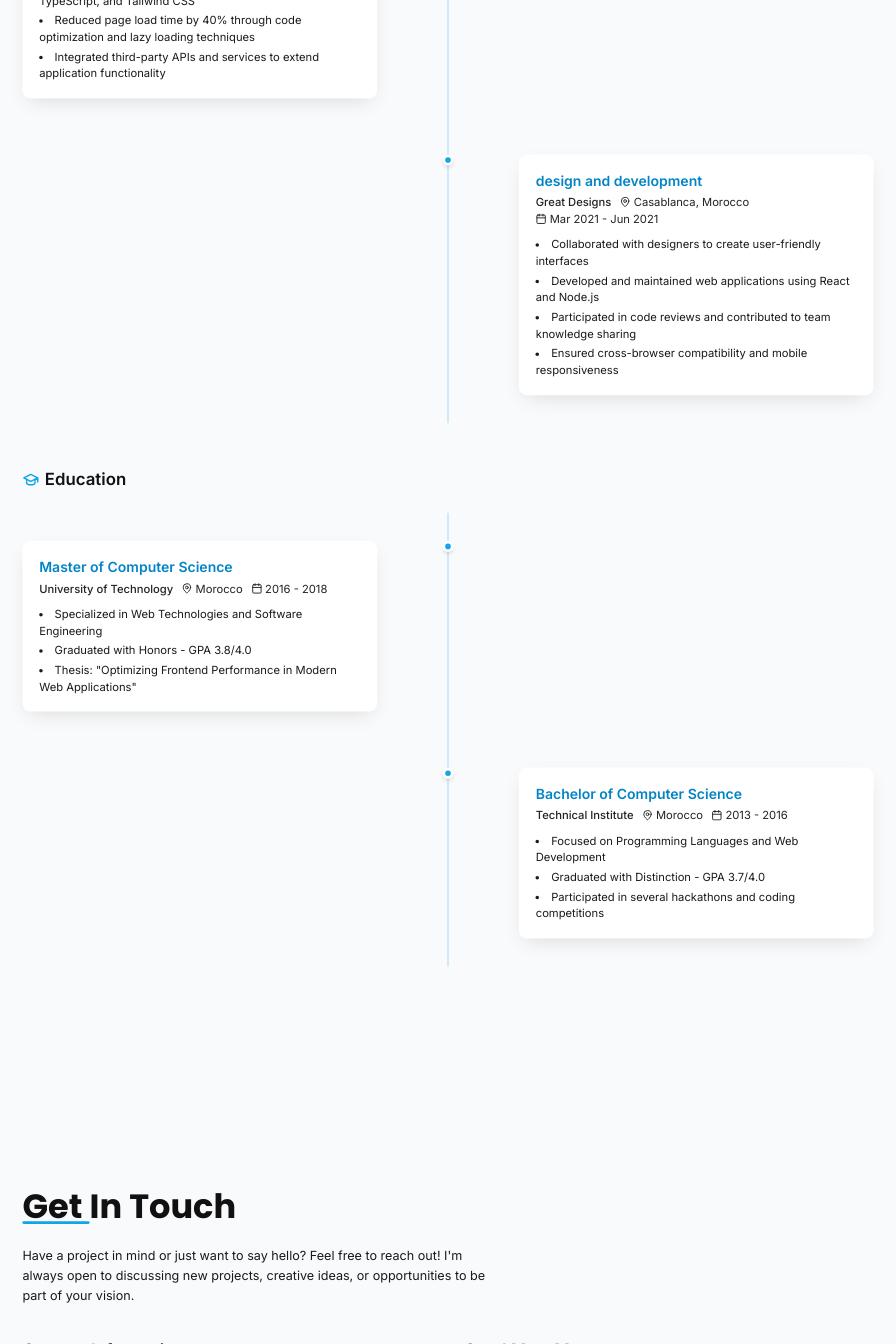
Repository: Abdelilah-Lakrim/Personal_Portfolio
Page: /
The author's editor kept a copy of each file at every save. The page is drawn from the files as they stood at one save, then again after a run of saves.
The browser window is 1280 px wide. The pictures show the part of the page from y = 4431 to 6351 px (the page is 7505 px tall before and 7929 px after), at 70% of full size.
The project was rebuilt for these pictures with package versions that can differ from the ones it lists, and the page was loaded fresh each time. Also part of the build but not shown: vite.config.ts.

Above is the page before, as saved 2025-05-21 12:45:15.

After the next 3 saves:
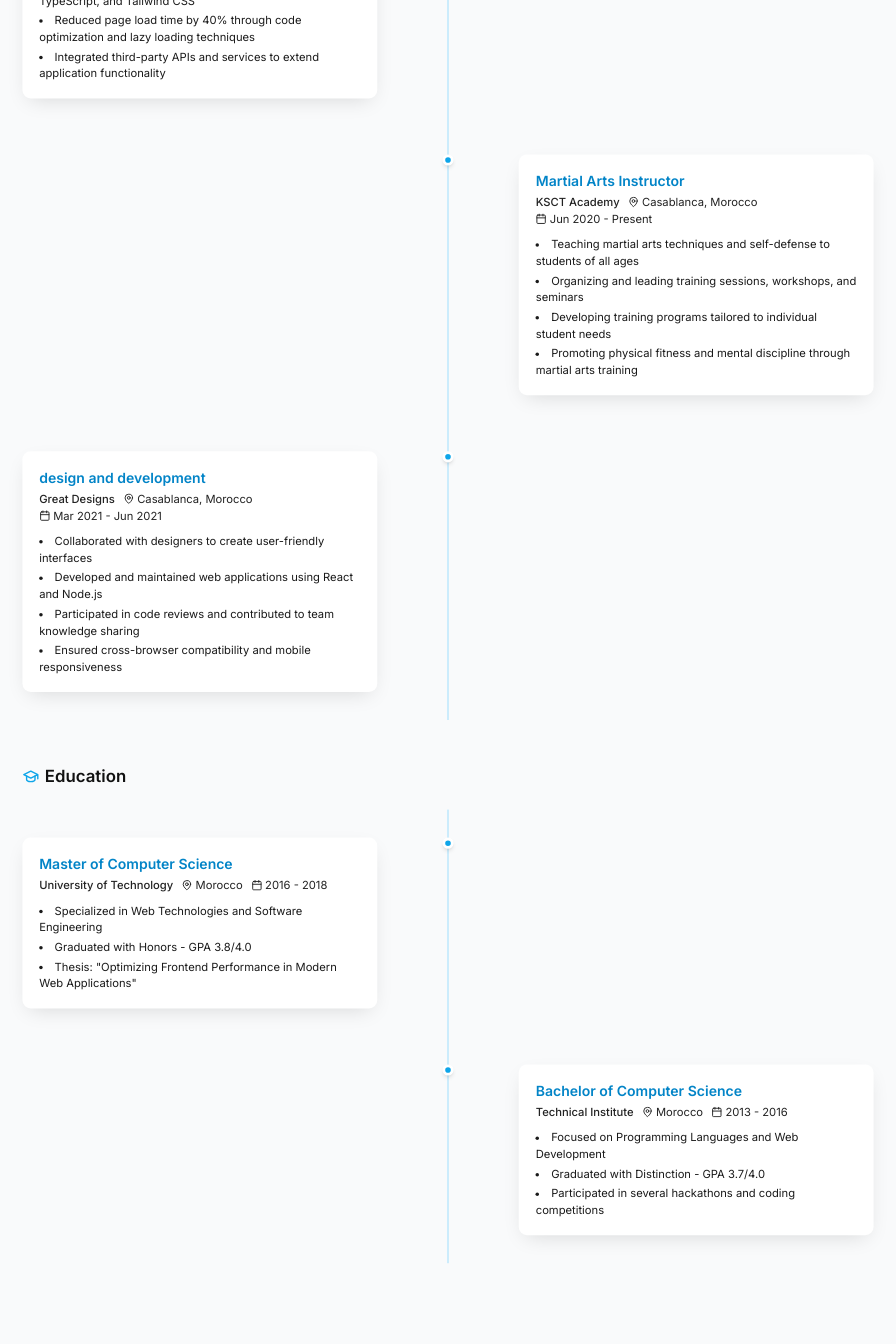
The 3 saves are shown as one change because they came seconds apart.
The last was saved 7 s later.
--- a/src/components/Experience.tsx
+++ b/src/components/Experience.tsx
@@ -24,6 +24,19 @@ const Experience: React.FC = () => {
         'Implemented modern UI/UX designs using React, TypeScript, and Tailwind CSS',
         'Reduced page load time by 40% through code optimization and lazy loading techniques',
         'Integrated third-party APIs and services to extend application functionality',
+      ],
+    },
+    {
+      id: 2,
+      position: 'Martial Arts Instructor',
+      company: 'KSCT Academy',
+      location: 'Casablanca, Morocco',
+      duration: 'Jun 2020 - Present',
+      description: [
+        'Teaching martial arts techniques and self-defense to students of all ages',
+        'Organizing and leading training sessions, workshops, and seminars',
+        'Developing training programs tailored to individual student needs',
+        'Promoting physical fitness and mental discipline through martial arts training',
       ],
     },
     {
